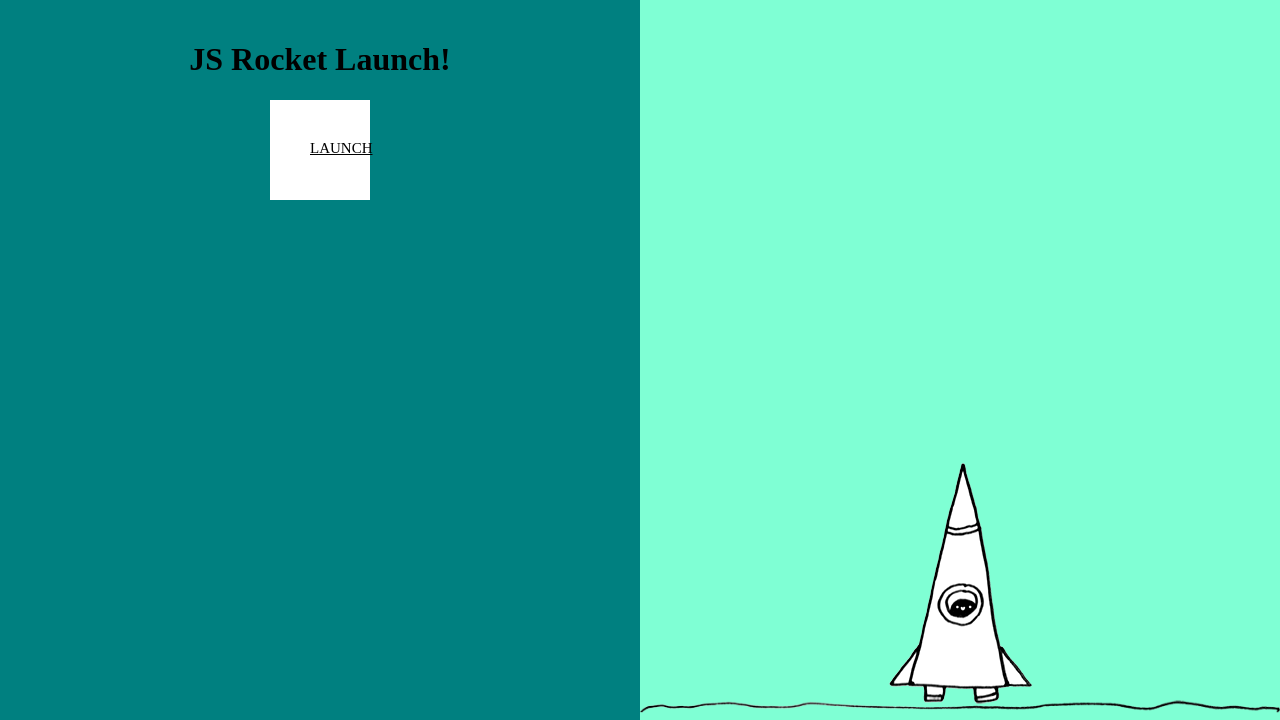
Repository: alcarrizo/Rocket-launch
Page: index.html
These files come from the project's save history. The page is drawn as it stood at one moment and after the next save; the edit follows.
The browser window is 1280 px wide. The pictures show the whole page.

Above is the page before, as saved 2022-10-20 22:58:43.

After the next save:
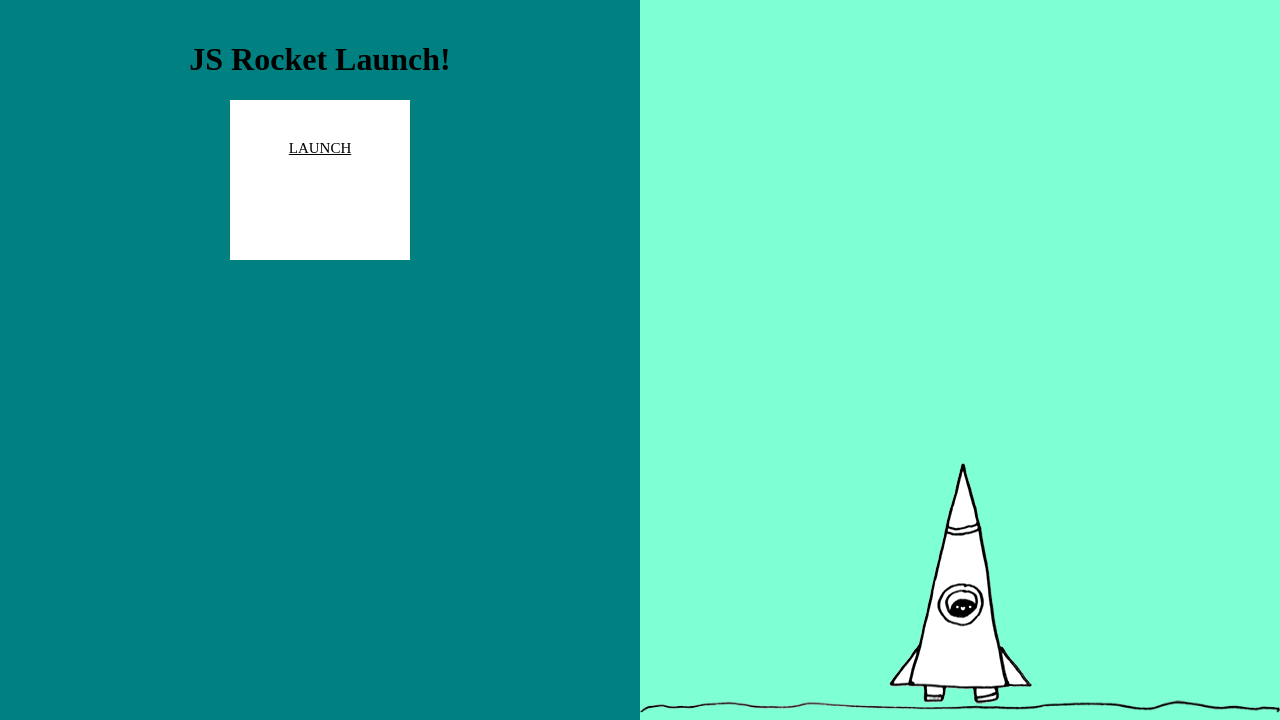
Saved 8 s later.
--- a/css/style.css
+++ b/css/style.css
@@ -100,7 +100,6 @@ a.button {
     color: black;
     padding: 20px 40px;
     text-transform: uppercase;
-    box-sizing: border-box;
     text-align: center;
     padding-top: 40px;
     height: 100px;
